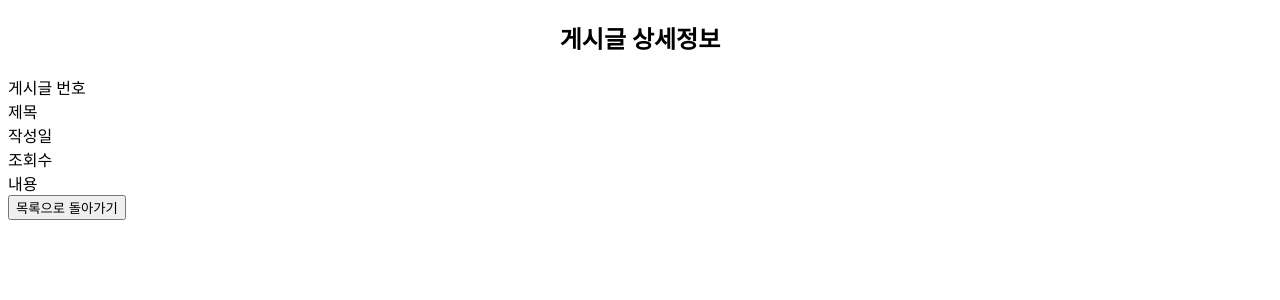
Repository: thdtjdgml415/exVoc
Page: /
An editor plug-in stored every save of this project. The page is shown before and after the next save, followed by the edit.
The browser window is 1280 px wide. The pictures show the whole page.
The project was rebuilt for these pictures with package versions that can differ from the ones it lists, and the page was loaded fresh each time.

Above is the page before, as saved 2023-01-12 10:48:13.

### src/App.js
import React from 'react'

function App() {
  return (
    <>
      <h2 align="center">게시글 상세정보</h2>

      <div className="post-view-wrapper">


            <>
              <div className="post-view-row">
                <label>게시글 번호</label>

              </div>
              <div className="post-view-row">
                <label>제목</label>

              </div>
              <div className="post-view-row">
                <label>작성일</label>

              </div>
              <div className="post-view-row">
                <label>조회수</label>

              </div>
              <div className="post-view-row">
                <label>내용</label>
                <div>

                </div>
              </div>
            </>


        <button className="post-view-go-list-btn">목록으로 돌아가기</button>
      </div>
    </>
  )
}

export default App

Loaded but not shown: public/index.html (common file); src/index.js (common file)

After the next save:
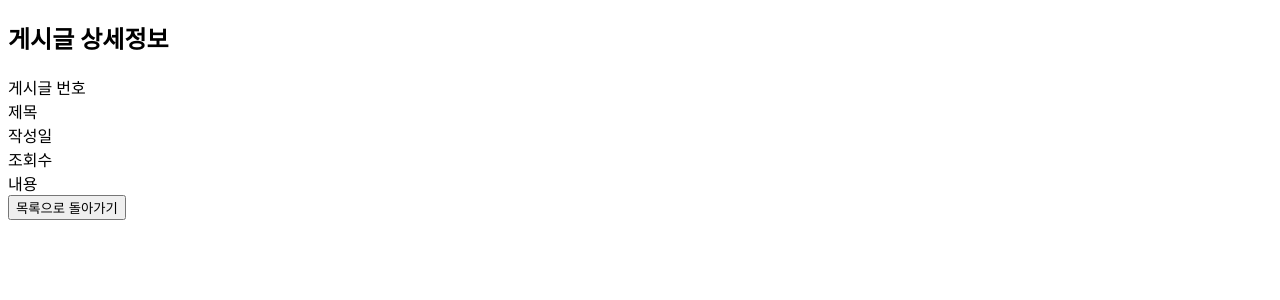
Saved 41 s later.
--- a/src/App.js
+++ b/src/App.js
@@ -3,7 +3,7 @@ import React from 'react'
 function App() {
   return (
     <>
-      <h2 align="center">게시글 상세정보</h2>
+      <h2 align="left">게시글 상세정보</h2>
 
       <div className="post-view-wrapper">
 
